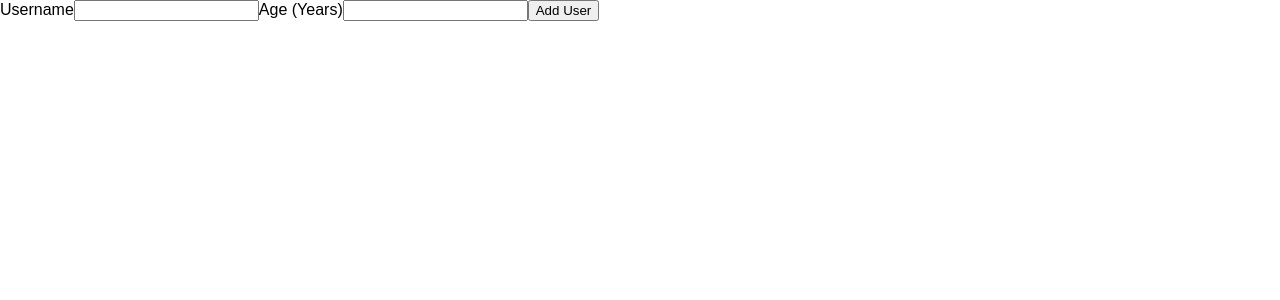
Repository: otvertka/MSC_4
Page: /
These files come from the project's save history. The page is drawn as it stood at one moment and after the next save; the edit follows.
The browser window is 1280 px wide. The pictures show the whole page.
The project was rebuilt for these pictures with package versions that can differ from the ones it lists, and the page was loaded fresh each time. Also part of the build but not shown: src/components/AddUser/AddUser.module.css.

Above is the page before, as saved 2023-07-05 13:17:40.

### src/App.js
import React from "react";
import AddUser from "./components/AddUser/AddUser";

function App() {
  return (
    <>
      <AddUser />
    </>
  );
}

export default App;

### src/components/AddUser/AddUser.js
import React from "react";
import classes from "./AddUser.module.css";

const AddUser = () => {
  return (
    <>
      <form className="input">
        <label>Username</label>
        <input type="text" />
        <label>Age (Years)</label>
        <input type="number" />
        <button> Add User</button>
      </form>
    </>
  );
};

export default AddUser;

Loaded but not shown: public/index.html (common file); src/index.js (common file); src/index.css (common file)

After the next save:
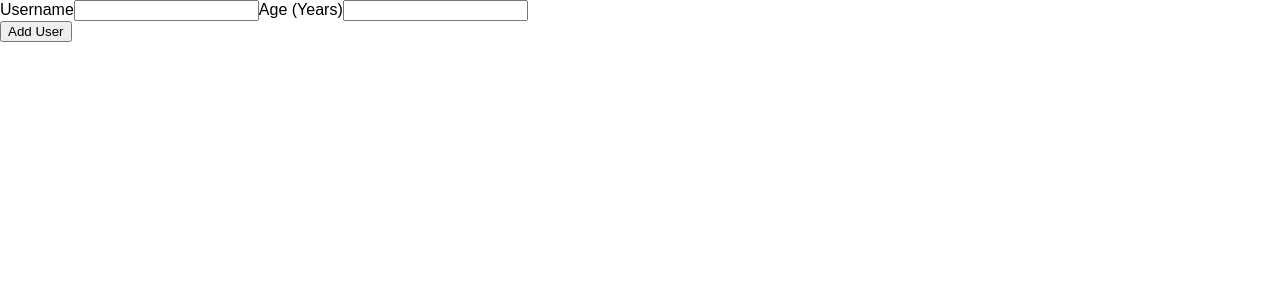
Saved 114 s later.
--- a/src/components/AddUser/AddUser.js
+++ b/src/components/AddUser/AddUser.js
@@ -4,11 +4,13 @@ import classes from "./AddUser.module.css";
 const AddUser = () => {
   return (
     <>
-      <form className="input">
-        <label>Username</label>
-        <input type="text" />
-        <label>Age (Years)</label>
-        <input type="number" />
+      <form>
+        <div>
+          <label>Username</label>
+          <input type="text" />
+          <label>Age (Years)</label>
+          <input type="number" />
+        </div>
         <button> Add User</button>
       </form>
     </>
